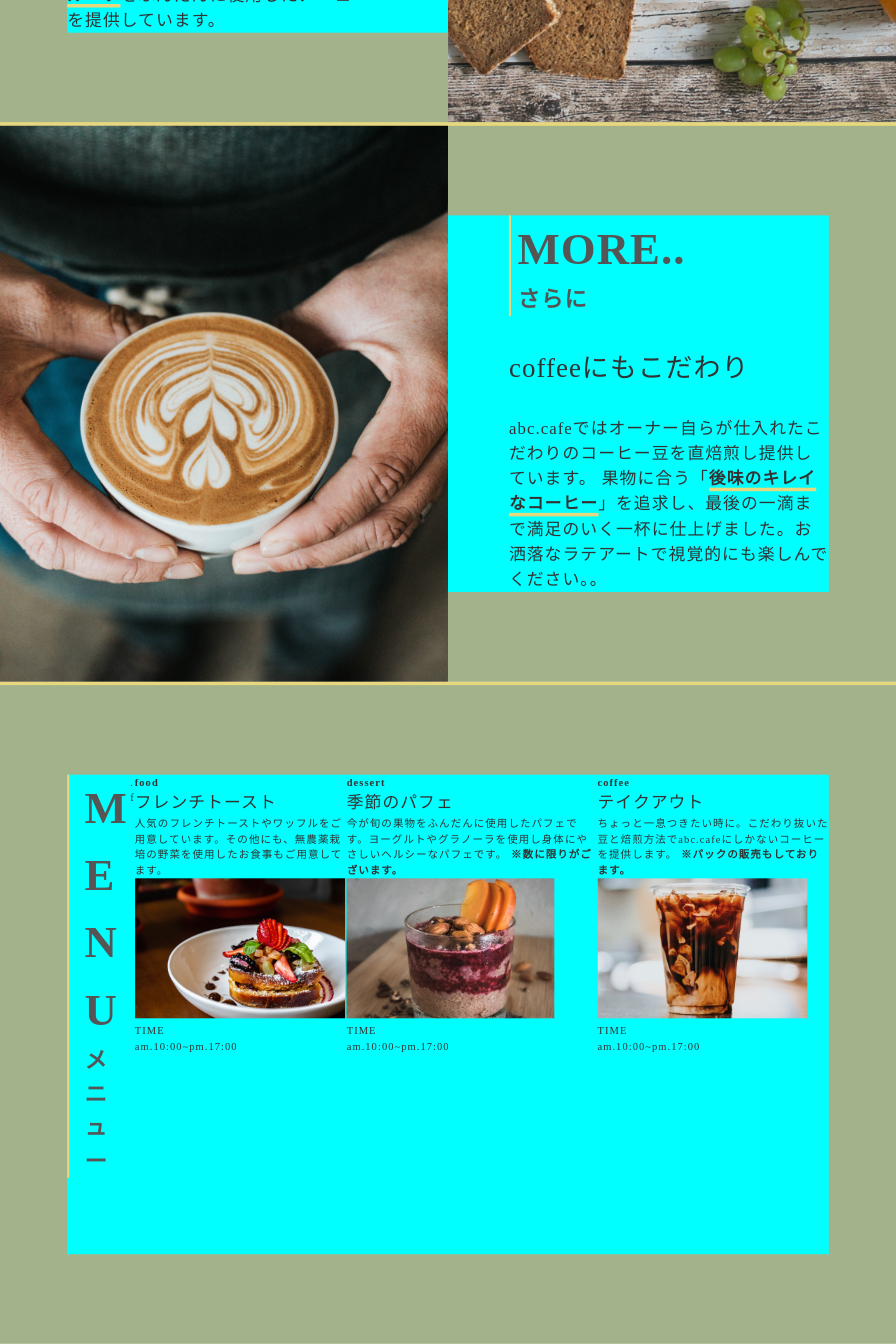
Repository: nozomi-23/lp1_test
Page: index.html
The author's editor kept a copy of each file at every save. The page is drawn from the files as they stood at one save, then again after a run of saves.
The browser window is 1280 px wide. The pictures show the part of the page from y = 1814 to 3734 px (the page is 3734 px tall), at 70% of full size.

Above is the page before, as saved 2022-06-08 15:18:11.

### index.html
<!DOCTYPE html>
<html lang="ja">
<head>
  <meta charset="UTF-8">
  <title>abc.cafe</title>
  <meta name="description" content="旬の果物とオーガニックなカフェ">
  <meta name="keywords" content="cafe,カフェ,フルーツ,お洒落">
  <meta name="viewport" content="width=device-width, initial-scale=1.0">
  <meta property="og:title" content="フルーツカフェ「abc.cafe」">
  <meta property="og:type" content="article">
  <meta property="og:url" content="https://withcode-plus.tech">
  <meta property="og:image" content="img/logo.png">
  <meta property="og:description" content="旬の果物とカラダに優しい食事を。">
  <meta property="og:site_name" content="お洒落なフルーツカフェ">
  <link rel="icon" href="img/favicon1.ico">
  <link rel="apple-touch-icon" sizes="180x180" href="img/logo.png">
  <link rel="preconnect" href="https://fonts.googleapis.com">
  <link rel="preconnect" href="https://fonts.gstatic.com" crossorigin>
  <link href="https://fonts.googleapis.com/css2?family=Noto+Serif+JP:wght@400;500;600;700;900&display=swap"
    rel="stylesheet">
  <link rel="stylesheet" href="css/reset.css">
  <link rel="stylesheet" href="css/common.css">
</head>
<body>
  <!-- ============= header -->
  <header>
    <div class="header_wrapper">
      <div class="inner">
        <nav class="header_nav">
          <ul>
            <li><a href="#news">NEWS<span>ニュース</span></a></li>
            <li><a href="#about">ABOUT<span>abc.cafeとは</span></a></li>
            <li><a href="#menu">MENU<span>メニュー</span></a></li>
            <li><a href="#access">ACCESS<span>アクセス</span></a></li>
            <li><a href="#contact">CONTACT<span>お問合せ</span></a></li>
          </ul>
        </nav>
      </div>
    </div>
  </header>
  <!-- ===================-main -->
  <div class="top_wrapper">
    <div class="top_inner">
      <h1>abc.cafe</h1>
    </div>
  </div>
  <!-- ===================-news -->
  <section id="news">
    <div class="news_wrapper">
      <div class="inner">
        <h2 class="title">NEWS<span>最新情報</span></h2>
        <div class="news_txt">
          <table>
            <tr>
              <th>2022.6</th>
              <td>今月の営業時間　更新しました</td>
            </tr>
            <tr>
              <th>2022.5</th>
              <td>期間限定　季節のフルーツパフェはじめました</td>
            </tr>
            <tr>
              <th>2022.3</th>
              <td>新メニュー追加しました</td>
            </tr>
          </table>
        </div>
      </div>
    </div>
  </section>
  <!-- ===================-about -->
  <section class="about_img_1 section" id="about">
    <div class="inner">
      <div class="about_descript">
        <h2 class="title">ABOUT<span>abc.cafeについて</span></h2>
        <div class="txt">
          <h3>abc.cafeのこだわり</h3>
          <p><strong>カラダは食べるものでできている</strong><br>
            いつまでも元気な身体でいるためにはどんな食生活をするかが大切です。皆さん果物を積極的に食べていますか？abc.cafeは愛知県内の農家から届く<strong>季節のフルーツ</strong>をふんだんに使用したメニューを提供しています。</p>
        </div>
    </div>
    </div>
    </section>
  <section class="about_img_2 section"   id="about">
    <div class="inner">
      <div class="about_descript about_descript_right">
        <h2 class="title">MORE..<span>さらに</span></h2>
        <div class="txt">
          <h3>coffeeにもこだわり</h3>
          <p>abc.cafeではオーナー自らが仕入れたこだわりのコーヒー豆を直焙煎し提供しています。
          果物に合う「<strong>後味のキレイなコーヒー</strong>」を追求し、最後の一滴まで満足のいく一杯に仕上げました。お洒落なラテアートで視覚的にも楽しんでください。。
          </p>
        </div>
    </div>
    </div>
  </div>
  </section>

  <!-- ===================-menu -->
  <section class="menu_wrapper section" id="menu">
    <div class="inner">
      <h2 class="title">MENU<span>メニュー</span></h2>
      .f
      <div class="fram">
        <div class="txt">
          <h4>food</h4>
          <p>フレンチトースト</p>
        </div>
        <p>人気のフレンチトーストやワッフルをご用意しています。その他にも、無農薬栽培の野菜を使用したお食事もご用意してます。</p>
        <img src="img/menu_1.png" alt="フレンチトースト">
        <div>
          <p>TIME</p>
        </div>
        <p>am.<span>10:00</span>~pm.<span>17:00</span></p>
      </div>
      <div class="fram">
        <div class="txt">
          <h4>dessert</h4>
          <p>季節のパフェ</p>
        </div>
        <p>今が旬の果物をふんだんに使用したパフェです。ヨーグルトやグラノーラを使用し身体にやさしいヘルシーなパフェです。
        <strong>※数に限りがございます。</strong></p>
        <img src="img/menu_2.png" alt="パフェ">
        <div>
          <p>TIME</p>
        </div>
        <p>am.<span>10:00</span>~pm.<span>17:00</span></p>
      </div>
      <div class="fram">
        <div class="txt">
          <h4>coffee</h4>
          <p>テイクアウト</p>
        </div>
        <p>ちょっと一息つきたい時に。こだわり抜いた豆と焙煎方法でabc.cafeにしかないコーヒーを提供します。
        <strong>※パックの販売もしております。</strong></p>
        <img src="img/menu_3.png" alt="テイクアウト">
        <div>
          <p>TIME</p>
        </div>
        <p>am.<span>10:00</span>~pm.<span>17:00</span></p>


      </div>
    </div>
  </section>







</body>
</html>

### css/reset.css
@charset "UTF-8";

html,
body,
div,
span,
object,
iframe,
h1,
h2,
h3,
h4,
h5,
h6,
p,
blockquote,
pre,
abbr,
address,
cite,
code,
del,
dfn,
em,
img,
ins,
kbd,
q,
samp,
small,
strong,
sub,
sup,
var,
b,
i,
dl,
dt,
dd,
ol,
ul,
li,
fieldset,
form,
label,
legend,
table,
caption,
tbody,
tfoot,
thead,
tr,
th,
td,
article,
aside,
canvas,
details,
figcaption,
figure,
footer,
header,
hgroup,
menu,
nav,
section,
summary,
time,
mark,
audio,
video {
  margin: 0;
  padding: 0;
  border: 0;
  outline: 0;
  font-size: 100%;
  vertical-align: baseline;
  background: transparent;
}

body {
  line-height: 1;
}

article,
aside,
details,
figcaption,
figure,
footer,
header,
hgroup,
menu,
nav,
section {
  display: block;
}

nav ul {
  list-style: none;
}

blockquote,
q {
  quotes: none;
}

blockquote:before,
blockquote:after,
q:before,
q:after {
  content: '';
  content: none;
}

a {
  margin: 0;
  padding: 0;
  font-size: 100%;
  vertical-align: baseline;
  background: transparent;
}

/* change colours to suit your needs */
ins {
  background-color: #ff9;
  color: #000;
  text-decoration: none;
}

/* change colours to suit your needs */
mark {
  background-color: #ff9;
  color: #000;
  font-style: italic;
  font-weight: bold;
}

del {
  text-decoration: line-through;
}

abbr[title],
dfn[title] {
  border-bottom: 1px dotted;
  cursor: help;
}

table {
  border-collapse: collapse;
  border-spacing: 0;
}

/* change border colour to suit your needs */
hr {
  display: block;
  height: 1px;
  border: 0;
  border-top: 1px solid #cccccc;
  margin: 1em 0;
  padding: 0;
}

input,
select {
  vertical-align: middle;
}

### css/common.css
@charset "UTF-8";

body {
  font-size: 15px;
  color: #333;
  font-family: 'Noto Serif JP', serif;
  word-break: break-all;
  letter-spacing: 0.1em;
  line-height: 1.5;
}
a {
  text-decoration: none;
  color: #333;
}
li {
  list-style: none;
}
.inner {
  width: 85%;
  margin: 0 auto;
  background-color: aqua;
}
/* =====================
共通パーツ
=========================*/
.title {
  font-weight: bold;
  font-size: 4rem;
  color: #555;
  border-left: solid 3px #E9D77D;
  padding-left: 2%;
  margin-bottom: 10%;
}
.title span {
  display: block;
  font-size: 2rem;
}
.section {
  border-top: solid 5px #E9D77D;
  background-color: #A2B38B;
  padding: 10% 0;
}
/* .section:nth-child(4) {
  background-color: #fff;
  border-top: solid 5px #E9D77D;
} */


/* =====================
header
=========================*/
.header_wrapper {
  width: 100%;
  background-color: #634B47;
}
.header_nav ul {
  width: 100%;
  display: table;
}
.header_nav ul li {
  display: table-cell;
  text-align: center;
}
.header_nav ul li a {
  display: inline-block;
  color: #fff;
  padding: 8% 0;
}
.header_nav ul li a:hover {
  opacity: 0.5;
}
.header_nav ul li a span {
  display: block;
  margin-top: 10%;
}
/* =====================
main
=========================*/
.top_wrapper {
  width: 100%;
  height: 85vh;
  overflow: hidden;
  background: url(../img/main.png) no-repeat center;
  background-size: cover;
  /* margin-bottom: 120px; */
}
.top_wrapper::after {
  content: "";
  position: relative;
  width: 100%;
}
.top_inner {
  position: absolute;
  top: 20%;
  left: 37%;
  z-index: 1;
}
.top_inner h1{
  font-family: 'Lobster', cursive;
  font-size: 15rem;
  color: #fff;
  opacity: 65%;
}
/* =====================
news
=========================*/
.news_wrapper {
  padding: 10% 0;
}
.news_txt table{
  margin: 0 auto;
  background-color: #E9D77D;
  font-size: 1.5rem;
}
.news_txt tr {
  border-top: solid 1px;
}
.news_txt th {
  padding: 20px 100px 20px 0;
  font-weight: normal;
}
.news_txt td {
  padding: 20px 100px 20px 0;
}
/* =====================
about
=========================*/

.txt h3 {
  font-size: 2.4rem;
  margin-bottom: 1em;
  font-weight: normal;
}
.txt p {
  font-size: 1.5rem;
}
.txt strong {
  border-bottom: solid 5px #E9D77D;
}
.about_img_1 {
  position: relative;
}
.about_img_1::after {
  position: absolute;
  content: "";
  background: url(../img/about_1.png) no-repeat center;
  background-size: cover;
  width: 50%;
  height: 100%;
  top: 0;
  left: 50%;
}
.about_img_2 {
  position: relative;
}
.about_img_2::after {
  position: absolute;
  content: "";
  background: url(../img/about_2.png) no-repeat center;
  background-size: cover;
  width: 50%;
  height: 100%;
  top: 0;

}
.about_descript {
  width: 42%;
}
.about_descript_right {
  position: relative;
  left: 58%;
}
/* =====================
menu
=========================*/
.inner {
  display: flex;
}

After the next 2 saves:
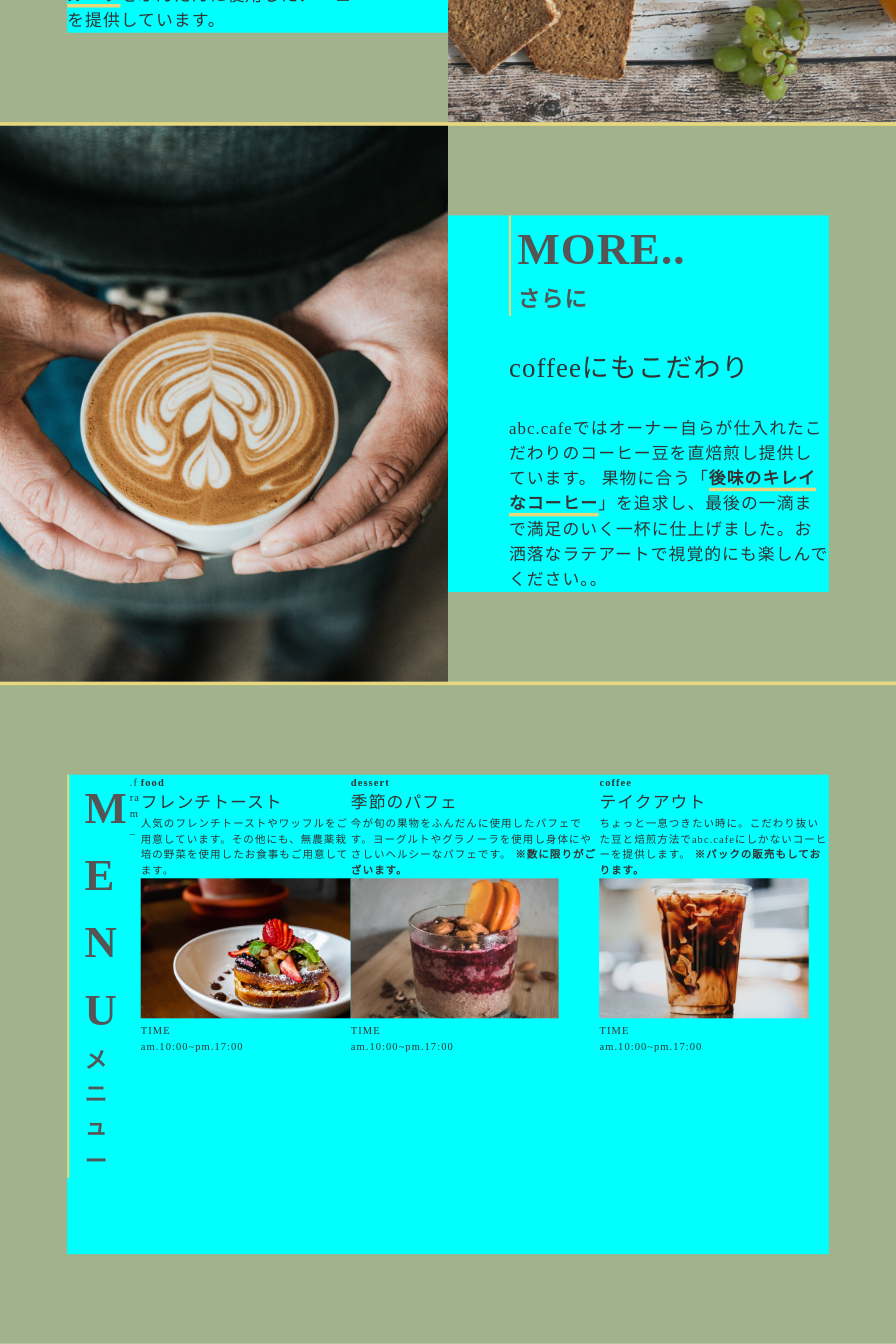
The 2 saves are shown as one change because they came seconds apart.
The last was saved 7 s later.
--- a/index.html
+++ b/index.html
@@ -100,7 +100,7 @@
   <section class="menu_wrapper section" id="menu">
     <div class="inner">
       <h2 class="title">MENU<span>メニュー</span></h2>
-      .f
+      .fram_
       <div class="fram">
         <div class="txt">
           <h4>food</h4>
